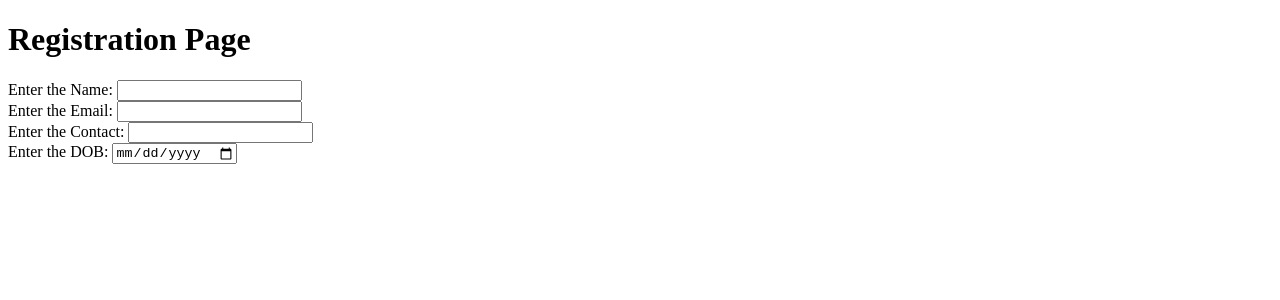
Repository: Pradeep4802/utopiatech
Page: eclipse-workspace/OwnServlet/src/main/webapp/Home.html
The author's editor kept a copy of each file at every save. The page is drawn from the files as they stood at one save, then again after the next save.
The browser window is 1280 px wide. The pictures show the whole page.

Above is the page before, as saved 2023-10-09 08:54:27.

After the next save:
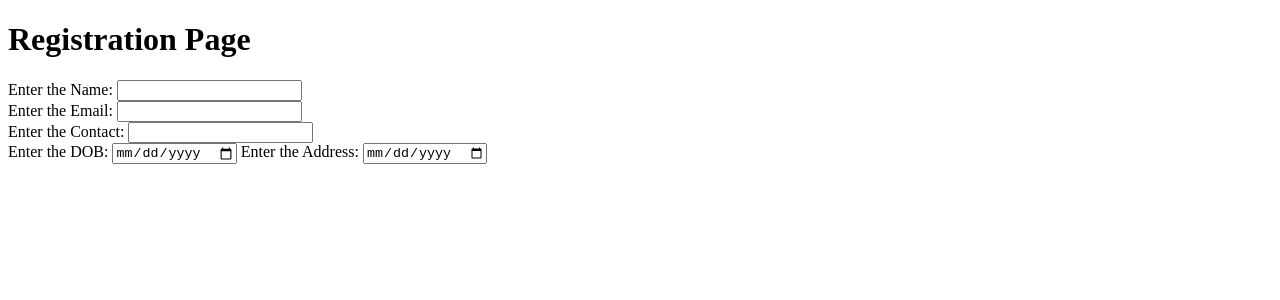
Saved 76 s later.
--- a/eclipse-workspace/OwnServlet/src/main/webapp/Home.html
+++ b/eclipse-workspace/OwnServlet/src/main/webapp/Home.html
@@ -16,7 +16,9 @@
 			<label for="user_contact">Enter the Contact: <input type="number"
 				name="user_contact" /></label><br>
 			<label for="user_dob">Enter the DOB: <input type="date"
-				name="user_contact" /></label>
+				name="user_dob" /></label>
+			<label for="user_dob">Enter the Address: <input type="date"
+				name="user_dob" /></label>
 
 		</form>
 	</div>
